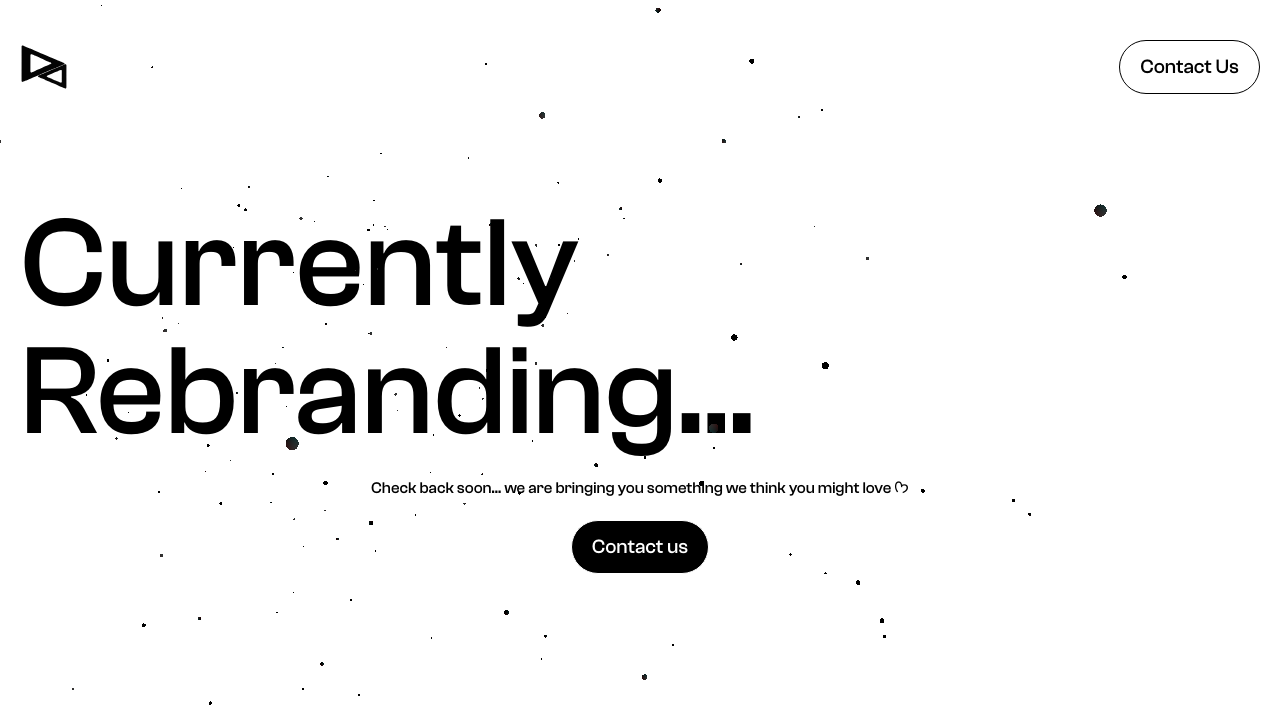
Repository: Cybugg/Nexxistudios-new
Page: /
The author's editor kept a copy of each file at every save. The page is drawn from the files as they stood at one save, then again after a run of saves.
The browser window is 1280 px wide. The pictures show the whole page.
The project was rebuilt for these pictures with package versions that can differ from the ones it lists, and the page was loaded fresh each time. The framework's server and built-in components were replaced by stand-ins that run in the browser. Also part of the build but not shown: next.config.mjs.

Above is the page before, as saved 2025-09-06 16:18:27.

After the next 5 saves:
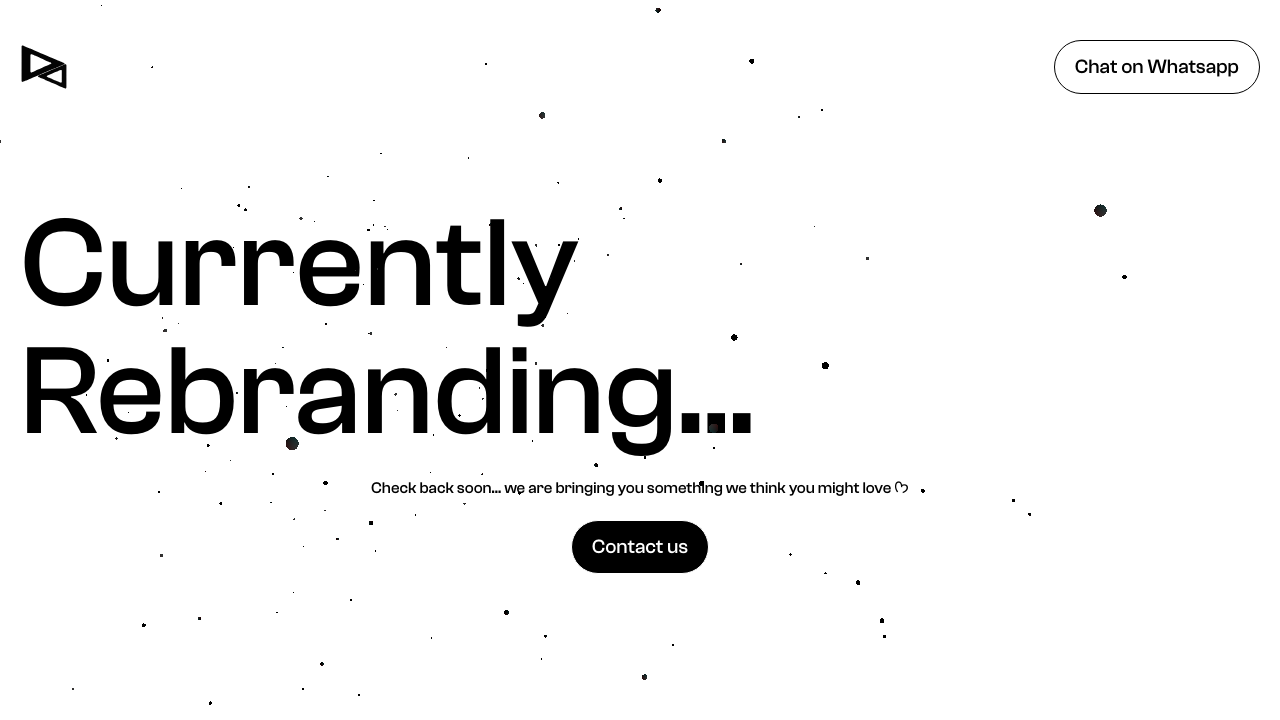
The 5 saves are shown as one change because they came seconds apart.
The last was saved 13 min 32 s later.
--- a/app/components/topNav.js
+++ b/app/components/topNav.js
@@ -11,7 +11,7 @@ function TopNav() {
     </div>
     <ul>
       <li className="py-3 px-5 text-xl rounded-full border cursor-pointer">
-Contact Us
+Chat on Whatsapp
       </li>
     </ul>
   </div>
